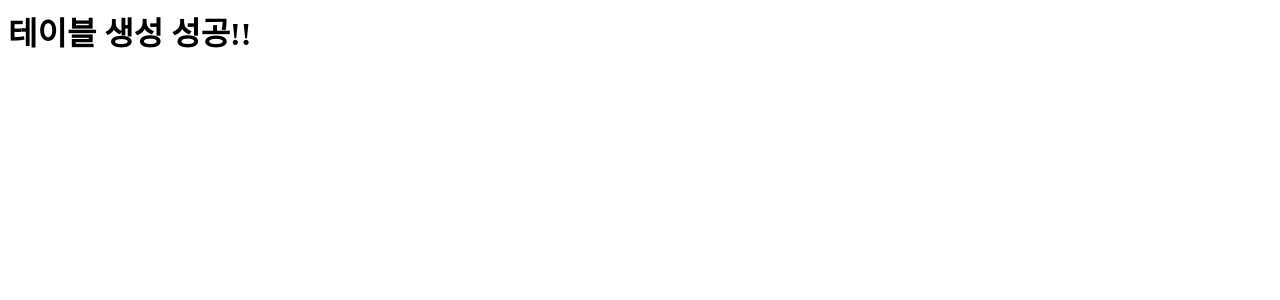
Repository: kimeuiyeob/KOPO_JSP_Study
Page: http://localhost/JSP/create.jsp
The author's editor kept a copy of each file at every save. The page is drawn from the files as they stood at one save, then again after the next save.
The browser window is 1280 px wide. The pictures show the whole page.
The page is served by Tomcat 9. Other server files are loaded and not shown.

Above is the page before, as saved 2023-05-24 01:46:09.

### JSP/src/main/webapp/create.jsp
<%@ page import="javax.servlet.jsp.tagext.TryCatchFinally"%>
<%@ page language="java" contentType="text/html; charset=UTF-8"
	pageEncoding="UTF-8"%>

<!-- JDBC 사용시 필요한 임포트 -->
<%@ page import="java.sql.*"%>
<%@ page import="javax.sql.*"%>
<%@ page import="java.io.*"%>

<HTML>
<HEAD>
</HEAD>
<BODY>

	<!-- Mysql데이터 베이스 연결 -->
	<%
	Connection conn = null;

	try {

		String url = "jdbc:mysql://localhost:33060/kopo07?useSSL=false";
		String user = "root";
		String pw = "1234";

		Class.forName("com.mysql.cj.jdbc.Driver");

		conn = DriverManager.getConnection(url, user, pw);
		Statement stmt = conn.createStatement();

        //======================= 트와이스 테이블 생성 =======================
		stmt.execute("drop table if exists twice;");
        stmt.execute("create table twice (name varchar(20), studentid int not null auto_increment primary key, kor int, eng int, mat int)");

	%>

		<h1>테이블 생성 성공!!</h1>

	<%

	} catch (SQLException e) {

		out.print("데이터 베이스 연결 실패~~");
		out.print("SQLException : " + e.getMessage());

	}

	%>

</BODY>
</HTML>

After the next save:
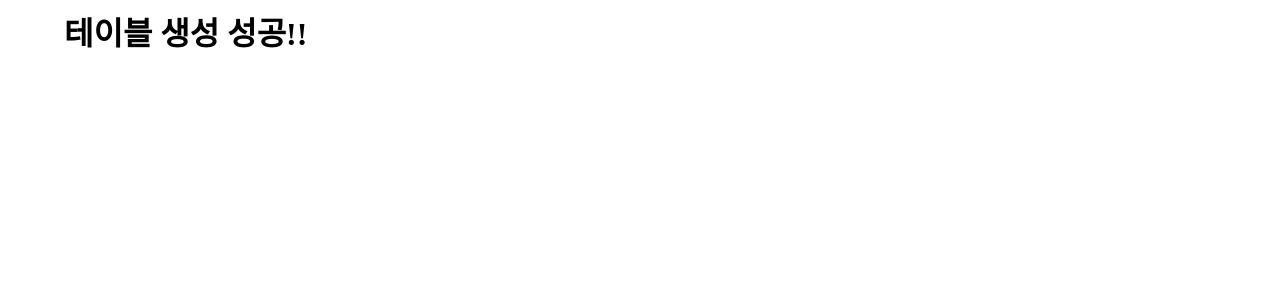
Saved 2 min 27 s later.
--- a/JSP/src/main/webapp/create.jsp
+++ b/JSP/src/main/webapp/create.jsp
@@ -33,7 +33,7 @@
 
 	%>
 
-		<h1>테이블 생성 성공!!</h1>
+		<h1>&nbsp&nbsp&nbsp&nbsp&nbsp&nbsp&nbsp테이블 생성 성공!!</h1>
 
 	<%
 
